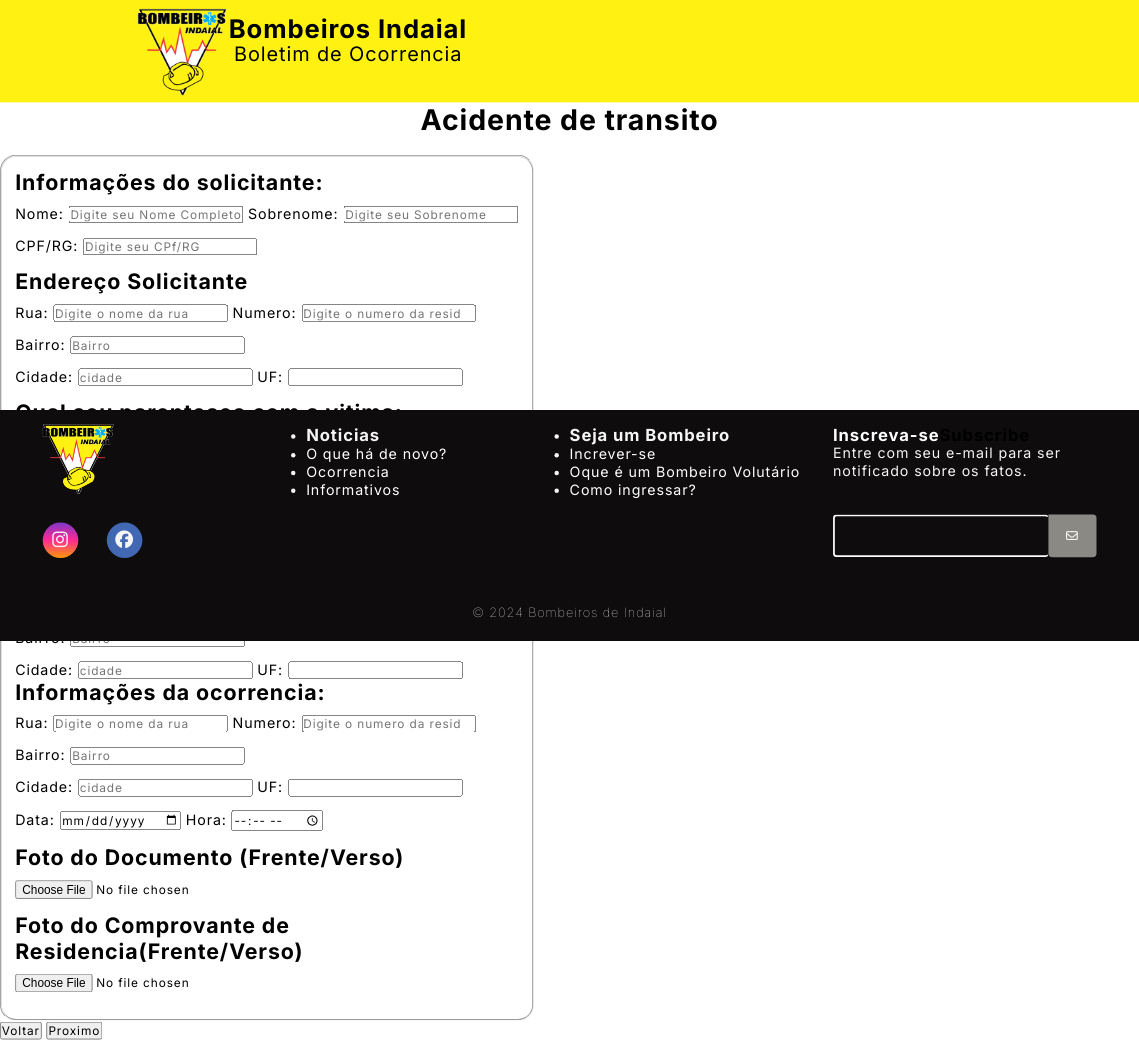
Repository: ThaylonKnopf/ProjetoBV
Page: AcidenteTransito/transitoparente/Form.html
An editor plug-in stored every save of this project. The page is shown before and after a run of saves, followed by the edit.
The browser window is 1280 px wide. The pictures show the whole page, at 89% of full size.

Above is the page before, as saved 2024-04-08 11:41:26.

### AcidenteTransito/transitoparente/Form.html
<!DOCTYPE html>
<html lang="pt-BR">

    <head>
        <meta charset="UTF-8">
        <meta name="viewport" content="width=device-width, initial-scale=1.0">
        <title>Requisição de B.O.</title>
        <link rel="stylesheet" href="estilo-fato.css">
        <link rel="shortcut icon"
            href="https://storage.googleapis.com/production-hostgator-brasil-v1-0-9/629/1202629/afAiZAhX/4db7fe933b1247ebbdbe06664fbece59">
        <link rel="stylesheet" href="https://cdnjs.cloudflare.com/ajax/libs/font-awesome/6.5.2/css/all.min.css"
            integrity="sha512-SnH5WK+bZxgPHs44uWIX+LLJAJ9/2PkPKZ5QiAj6Ta86w+fsb2TkcmfRyVX3pBnMFcV7oQPJkl9QevSCWr3W6A=="
            crossorigin="anonymous" referrerpolicy="no-referrer" />

    </head>

    <body>
        <header>
            <link rel="stylesheet" href="/header/footer/header.css">
            <main>
                <source media="(min-width:320px)" srcset="" sizes="300px">
                <div class="titulo">
                    <h1>Bombeiros&nbsp;Indaial</h1>
                </div>
                <div class="img">
                    <a href="https://bombeirosindaial.com.br/" target="_blank"><img src="../img/m.png"
                            alt="logo-bombeiro"></a>
                </div>
                <div class="p">
                    <p>Boletim&nbsp;de&nbsp;Ocorrencia</p>
                </div>
                </nav>
            </main>
        </header>
        <main class="menuh1">
            <h1>Acidente de transito</h1>
        </main>
        <form>
            <fieldset>
                <h2>Informações do solicitante:</h2>
                <div class="campo" required>
                    <label for="nome">Nome:</label>
                    <input type="text" name="nome" id="nome" placeholder="Digite seu Nome Completo" required>
                    <label for="sobrenome">Sobrenome:</label>
                    <input type="text" name="sobrenome" id="sobrenome" placeholder="Digite seu Sobrenome" required>
                </div>
                <div id="cpf">
                    <label for="cfp">CPF/RG:</label>
                    <input type="text" name="cfp" id="cpf" placeholder="Digite seu CPf/RG" required>
                </div>
                <h2>Endereço Solicitante</h2>
                <div id="rua">
                    <label for="rua">Rua:</label>
                    <input type="text" name="rua" id="rua" placeholder="Digite o nome da rua" required>
                    <label for="rua">Numero:</label>
                    <input type="number" name="numero" id="numero" placeholder="Digite o numero da residencia."
                        required>
                </div>
                <div id="bairro">
                    <label for="bairro">Bairro:</label>
                    <input type="text" name="bairro" id="bairro" placeholder="Bairro" required>
                </div>
                <div>
                    <label for="cidade">Cidade:</label>
                    <input type="text" name="cidade" id="cidade" placeholder="cidade" required>
                    <label for="estado">UF:</label>
                    <input type="text" name="estado" id="estado" required>
                </div>
                <h2>Qual seu parentesco com a vitima:</h2>
                <select name="parentesco" id="parente">
                    <option selected disabled value="">Selecione</option>
                    <option>Pai/Mae</option>
                    <option>Irmão/Irmã</option>
                    <option>Conjuge</option>
                    <option>Filho/Filha</option>
                    <option>Avô/Avó</option>
                    <option>Responsável Legal</option>
                </select>
                <h2>Informações da vitima:</h2>
                <div class="campov">
                    <label for="nomev">Nome:</label>
                    <input type="text" name="nome" id="nomev" placeholder="Digite seu Nome" required>
                    <label for="sobrenome">Sobrenome:</label>
                    <input type="text" name="sobrenome" id="sobrenomev" placeholder="Digite seu Sobrenome" required>
                </div>
                <div id="cpfv">
                    <label for="cfp">CPF/RG:</label>
                    <input type="text" name="cfp" id="cpfv" placeholder="Digite seu CPf/RG" required>
                </div>
                <h2>Endereço Vitima</h2>
                <div id="ruav">
                    <label for="rua">Rua:</label>
                    <input type="text" name="rua" id="ruavi" placeholder="Digite o nome da rua" required>
                    <label for="numero">Numero:</label>
                    <input type="number" name="numero" id="numerov" placeholder="Digite o numero da residencia."
                        required>
                </div>
                <div id="bairrov">
                    <label for="bairro">Bairro:</label>
                    <input type="text" name="bairro" id="bairrov" placeholder="Bairro" required>
                </div>
                <div>
                    <label for="cidade">Cidade:</label>
                    <input type="text" name="cidade" id="cidadev" placeholder="cidade" required>
                    <label for="estado">UF:</label>
                    <input type="text" name="estado" id="estadov" required>
                <h2>Informações da ocorrencia:</h2>
                <div id="ruao">
                    <label for="rua">Rua:</label>
                    <input type="text" name="rua" id="ruaoc" placeholder="Digite o nome da rua" required>
                    <label for="numero">Numero:</label>
                    <input type="number" name="numero" id="numeroc" placeholder="Digite o numero da residencia."
                        required>
                </div>
                <div id="bairroc">
                    <label for="bairro">Bairro:</label>
                    <input type="text" name="bairro" id="bairroc" placeholder="Bairro" required>
                </div>
                <div>
                    <label for="cidade">Cidade:</label>
                    <input type="text" name="cidade" id="cidadec" placeholder="cidade" required>
                    <label for="estado">UF:</label>
                    <input type="text" name="estado" id="estadoc" required>
                </div>
                <div id="data">
                    <label for="data">Data:</label>
                    <input type="date" name="dataoc" id="dataoc">
                    <label for="hora">Hora:</label>
                    <input type="time" name="horaoc" id="horaoc">
                </div>
                <div class="doc">
                    <h2>Foto do Documento (Frente/Verso)</h2>
                    <input type="file" name="doc" id="doc">
                </div>
                <div class="res">
                    <h2>Foto do Comprovante de Residencia(Frente/Verso)</h2>
                    <input type="file" name="doc">
                </div>
            </fieldset>
    </form>
        <main class="main-botao">
            <div class="continuar" required>
                <a href="../transitoselecionar/transito1.html"><button class="voltar">Voltar</button></a>
                <a href="/AcidenteTransito/transitoparente/Concluido.html"><button class="prox" required>Proximo</button></a>
            </div>
        </main>
        <footer id="footer">
            <link rel="stylesheet" href="/header/footer/footer.css">
            <div id="footer_content">
                <div id="footer_contacts">
                    <a href="https://bombeirosindaial.com.br/" target="_blank">
                        <h1>
                            <img src="../img/m.png" width="80px" alt="">
                        </h1>
                    </a>
                    <div id="footer_social_media">
                        <a href="#" class="footer-link" id="instagram">
                            <i class="fa-brands fa-instagram"></i>
                        </a>
                        <a href="#" class="footer-link" id="facebook">
                            <i class="fa-brands fa-facebook"></i>
                        </a>
                    </div>
                </div>
                <ul class="footer-list">
                    <li>
                        <h3>Noticias</h3>
                    </li>
                    <li>
                        <a href="#" class="footer-link">O que há de novo?</a>
                    </li>
                    <li>
                        <a href="#" class="footer-link">Ocorrencia</a>
                    </li>
                    <li>
                        <a href="#" class="footer-link">Informativos</a>
                    </li>
                </ul>
                <ul class="footer-lists">
                    <li>
                        <h3 id="pro">Seja um Bombeiro</h3>
                    </li>
                    <li>
                        <a href="#" class="footer-links">Increver-se</a>
                    </li>
                    <li>
                        <a href="#" class="footer-links">Oque é um Bombeiro Volutário</a>
                    </li>
                    <li>
                        <a href="#" class="footer-links">Como ingressar?</a>
                    </li>
                </ul>
                <div id="footer_subscribe">
                    <h3>Subscribe</h3>
                    <p>
                        Entre com seu e-mail para ser notificado sobre os fatos.
                    </p>
                    <div id="input_group">
                        <input type="email" id="email">
                        <button>
                            <i class="fa-regular fa-envelope"></i>
                        </button>
                    </div>
                </div>
            </div>
            <div id="footer_copyright">
                &#169
                2024 Bombeiros de Indaial
            </div>
        </footer>
        <script src="script.js"></script>
    </body>

</html>

### AcidenteTransito/transitoparente/estilo-fato.css
@charset "UTF-8";

@import url('https://fonts.googleapis.com/css2?family=Bebas+Neue&family=Inter:wght@100..900&display=swap');

:root {
    --color-neutral-0: #0e0c0c;
    --color-neutral-10: #171717;
    --color-neutral-30: #a8a29e;
    --color-neutral-40: #f5f5f5;

}

* {
    margin: 0PX;
    padding: 0PX;
    font-family: 'Inter', sans-serif;
    box-sizing: border-box;
    letter-spacing: 1px;
}

P {
    margin: 15px 0px 15px 0px;
}
.menuh1{
    margin: 0px auto 20px auto;
    max-width: 470px;
    text-align: center;
}

form{
    max-width: 600px;
    margin: 0px ;
}
fieldset{
    border-radius: 18px;
    padding: 15px;
}
fieldset div{
    margin-bottom: 15px;
}
h2{
    margin-bottom: 10px;
}
select{
    margin-bottom: 10px;
}

@media (max-width: 970px) {
    .menu section {
        width: 80%;
    }
    .menuh1{
        width: 80%;
    }
    form fieldset{
        width: 470px;
        margin: 10px;
    }
    fieldset div{
        display: grid;
    }
    fieldset div input{
        margin-left: 25px;
        margin-right: 20px;
    }

    .res{
        margin-right: 20px;
        margin-bottom: 20px;
    }
    .menuh1 form h2{
        margin-left: 10px;
    }
}
@media screen and (max-width: 376px) {
    .tit{
        margin-top: -100px;
    }
    .menu .container{
        width: 80%;
        margin-top: 150px;
    }
    .menu {
        width: 300px;
    }
}

### header/footer/header.css
@charset "UTF-8";

@import url('https://fonts.googleapis.com/css2?family=Bebas+Neue&family=Inter:wght@100..900&display=swap');

:root {
    --color-neutral-0: #0e0c0c;
    --color-neutral-10: #171717;
    --color-neutral-30: #a8a29e;
    --color-neutral-40: #f5f5f5;

}

* {
    margin: 0PX;
    padding: 0PX;
    font-family: 'Inter', sans-serif;
    box-sizing: border-box;
    letter-spacing: 1px;
}

main {
    height: auto;
}
main .titu{
    text-align: center;
}

P {
    margin: 15px 0px 15px 0px;
}

header {
    background-color: #FFF212;
    height: 115px;
    padding-top: 10px;
    padding-bottom: 0px;
}

header main {
    background-color: #FFF212;
    width: 900px;
    margin: auto;
    padding-top: 0px;
    padding-bottom: 0px;
    height: 90px;

}

header main h1 {
    margin-left: 67px;
    font-size: 1.8em;
    padding-top: 5px;
    margin-top: 0px;
}

header main img {
    width: 100px;
    margin-top: -40px;
    margin-left: -35px;
}

header main p {
    margin-left: 73px;
    margin-top: -64px;
    font-size: 1.4em;
}
@media screen and (max-width: 976px) {
    header main{
        margin: auto;
        width: 80%;
    }
}

@media screen and (max-width: 499px) {
    header{
        height: 110px;
    }
    header main{
        margin: auto;
        font-size: 12px;
        align-items: center;
    }
    header main img{
        width: 80px;
        margin-top: -25px;
        margin-left: -15px;
    }
    header main h1{
        margin-bottom: 5px;
        margin-left: 70px;
    }
    header main p {
        margin-top: -55px;
    }
}

### header/footer/footer.css
@charset "UTF-8";

@import url('https://fonts.googleapis.com/css2?family=Bebas+Neue&family=Inter:wght@100..900&display=swap');

:root {
    --color-neutral-0: #0e0c0c;
    --color-neutral-10: #171717;
    --color-neutral-30: #a8a29e;
    --color-neutral-40: #f5f5f5;

}

* {
    margin: 0PX;
    padding: 0PX;
    font-family: 'Inter', sans-serif;
    box-sizing: border-box;
    letter-spacing: 1px;
}

footer {
    position: fixed;
    bottom: 0;
    left: 0%;
    color: var(--color-neutral-40);
}

.footer-link {
    text-decoration: none;
    color: white;
}

.footer-links {
    text-decoration: none;
    color: white;
}

#footer_content {
    background-color: var(--color-neutral-0);
    display: grid;
    grid-template-columns: repeat(4, 1fr);
    padding: 1rem 3rem;
    max-height: 205px;

}

#footer_contacts {
    margin-bottom: 0.75rem;
}

#footer_social_media {
    display: flex;
    gap: 2rem;
    margin-top: 1.5rem;
}

#footer_social_media .footer-link {
    display: flex;
    align-items: center;
    justify-content: center;
    height: 2.5rem;
    width: 2.5rem;
    color: var(--color-neutral-40);
    border-radius: 50%;
    transition: 0.4s;
}

#footer_social_media .footer-link i {
    font-size: 1.25rem;
}

#footer_social_media .footer-link:hover {
    opacity: 0.8;
}

#instagram {
    background: linear-gradient(#7f37c9, #ff2992, #ff9807);
    text-decoration: none;
}

#facebook {
    background-color: #4267b3;
    text-decoration: none;
}

.footer_list {
    display: flex;
    flex-direction: column;
    gap: 0.75rem;
    list-style: none;

}

.footer-link:hover{
    text-decoration: underline;
}
.footer-links:hover{
    text-decoration: underline;
}

#footer_subscribe {
    display: flex;
    flex-direction: column;
    gap: 1.5rem;
}

#footer_subscribe h3::before{
    content: "Inscreva-se";
    color:white;
}
#footer_subscribe h3{
    color:black;
    margin-bottom: -40px;
}
#footer_subscribe p {
    color: var(--color-neutral-40);
}

#input_group {
    display: flex;
    align-items: center;
    background-color: 4px;
    border-radius: 4px;
}

#input_group input {
    all: unset;
    padding: 0.75rem;
    width: 100%;
    border-top: 2px solid white;
    border-bottom: 2px solid white;
    border-left: 2px solid white;
    border-radius: 4px;
}

#input_group button {
    background-color: #8a8984;
    border: none;
    color: var(--color-neutral-40);
    padding: 0px 1.25rem;
    height: 100%;
    border-radius: 0px 4px 4px 4px;
    cursor: pointer;
    transition: all 0.4s;
}

#input_group button:hover {
    opacity: 0.8;
}

#footer_copyright {
    display: flex;
    justify-content: center;
    background-color: var(--color-neutral-0);
    font-size: 0.9rem;
    padding: 1.5rem;
    font-weight: 100;
}

@media screen and (max-width:768px) {
    #footer_content {
        grid-template-columns: repeat(2, 1fr);
        gap: 2rem;
    }

    #input_group input {
        border-top: 2px solid rgb(0, 0, 0);
        border-bottom: 2px solid rgb(0, 0, 0);
        border-left: 2px solid rgb(0, 0, 0);
        border-radius: 4px;

    }

    #footer {
        position: relative;
    }

    #footer_subscribe{
        margin-top: 65px;
    }

    #footer_subscribe h3::before {
        color: rgb(0, 0, 0);
        content: "Inscreva-se";
    }
    #footer_subscribe h3{
        color:white;

    }

    #footer_subscribe p {
        color: rgb(0, 0, 0);
        margin-top: 15px;
    }

    .footer-lists{
        margin-top: 65px;
    }

    .footer-links {
        color: black;
        text-decoration: none;
    }

    #pro {
        color: black;
    }
    .footer-links:hover {
        color: black;
        text-decoration: underline;
    }
    .footer-link:hover {
        text-decoration: underline;
    }


}

@media screen and (max-width:426px) {
    #footer_content {
        grid-template-columns: repeat(1, 1fr);
        padding: 3rem 2;
    }

    #input_group input {
        border-top: 2px solid rgb(0, 0, 0);
        border-bottom: 2px solid rgb(0, 0, 0);
        border-left: 2px solid rgb(0, 0, 0);
        border-radius: 4px;
    }

    #footer {
        position: relative;
    }

    #footer_subscribe .p {
        color: black;
    }
    #footer_copyright {
        position: absolute;
        height: 100px;
        bottom:0;
        left: 0;
        width: 100%;
    }

    .footer-list {
        color:black;
        margin-top: 20px;
    }
    .footer-link {
        color: black;
    }
    .footer-lists {
        color:black;
        margin-top: 2px;
    }

    .footer-links {
        color: black;
    }

    #pro {
        color: black;
    }
    .footer-links:hover {
        color: black;
        text-decoration: underline;
    }
    #input_group button {
        background-color: #8a8984;
        border: none;
        color: var(--color-neutral-40);
        padding: 0px 1.25rem;
        height: 80%;
        border-radius: 4px 4px 4px 4px;
        cursor: pointer;
        transition: all 0.4s;
        margin-bottom: 10px;
        margin-left: 1px;
    }
    #input_group input {
        border-top: 2px solid rgb(0, 0, 0);
        border-bottom: 1px solid rgb(0, 0, 0);
        border-left: 2px solid rgb(0, 0, 0);
        border-radius: 4px;
        margin-bottom: 15px;
    }
    #footer_contacts{
        margin: 0px auto;
    }
    #footer_contacts h1{
        margin-left: 13px;
    }
}

@media screen and (max-width: 413px) {
    #footer_content{
        margin-bottom: 140px;
    }
}

Loaded but not shown: AcidenteTransito/transitoparente/script.js (no copy from this time; the picture is the same without it)

After the next 2 saves:
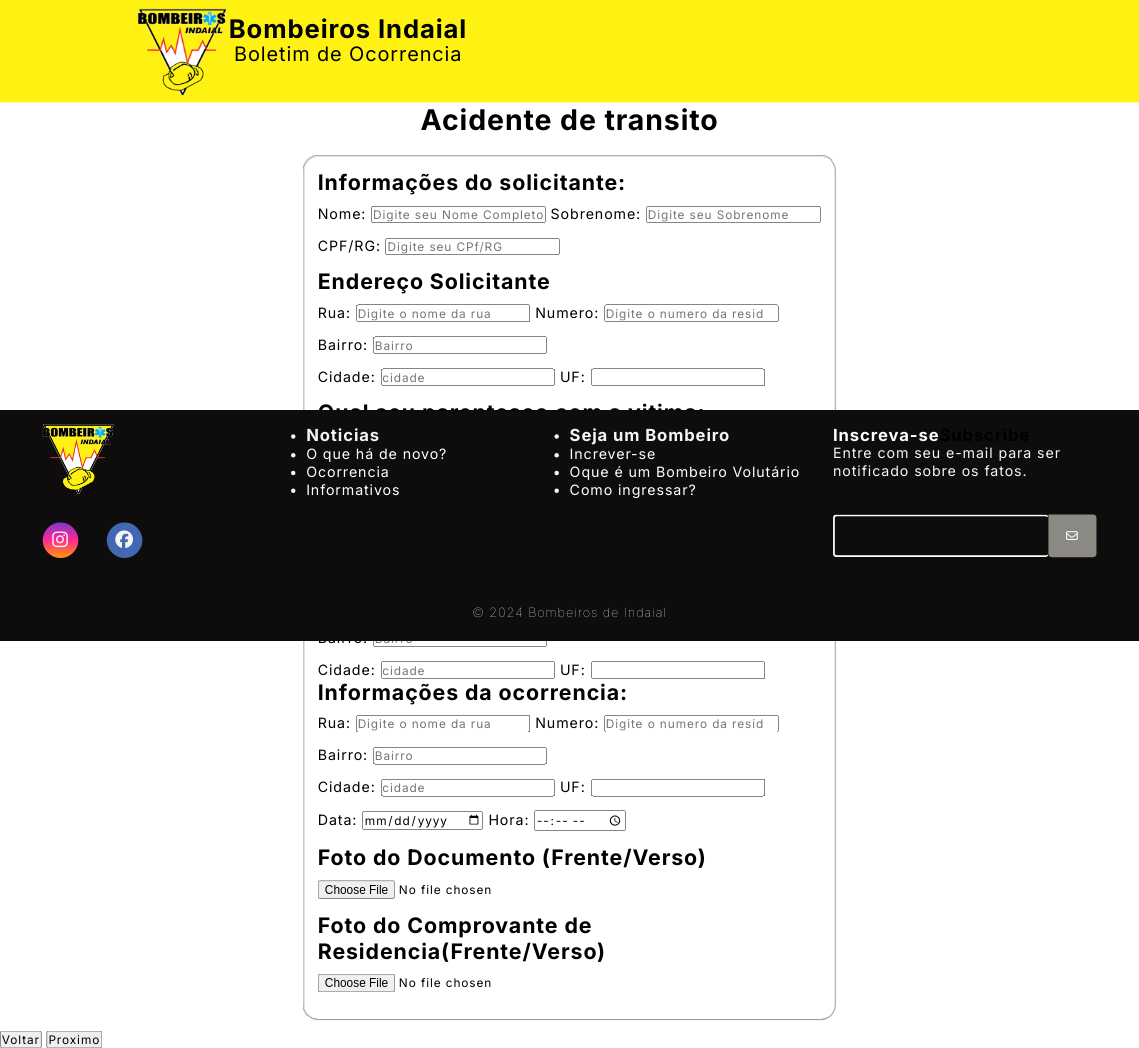
The 2 saves are shown as one change because they came seconds apart.
The last was saved 6 s later.
--- a/AcidenteTransito/transitoparente/estilo-fato.css
+++ b/AcidenteTransito/transitoparente/estilo-fato.css
@@ -29,7 +29,7 @@
 
 form{
     max-width: 600px;
-    margin: 0px ;
+    margin: 0px auto 10px auto;
 }
 fieldset{
     border-radius: 18px;
